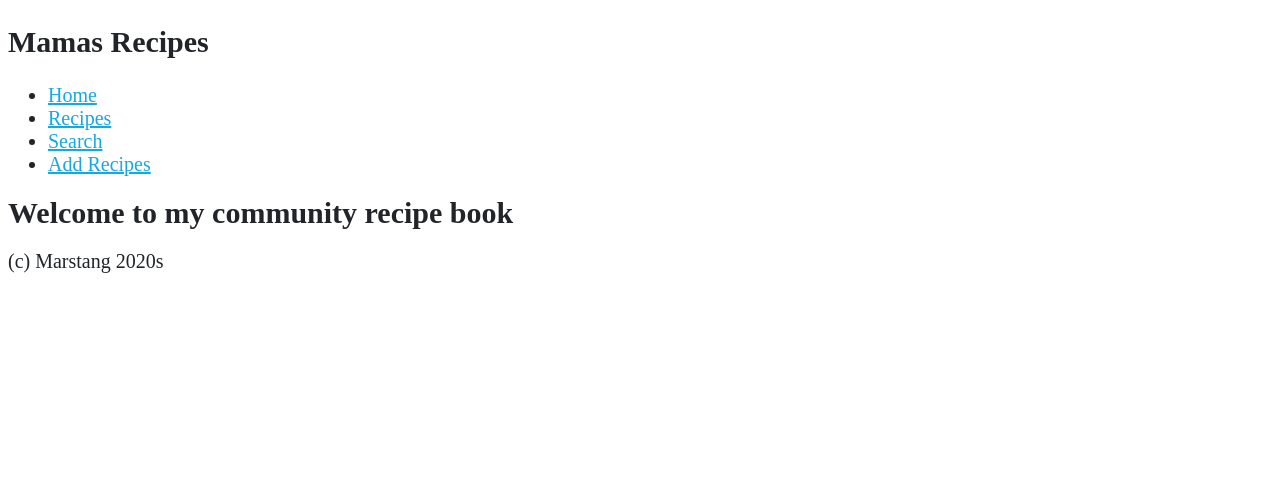
Repository: marstangg/mamasrecipes
Page: templates/index.html
The author's editor kept a record of every edit. The page is drawn from the files as they stood at one moment, then again after the next edit.
The browser window is 1280 px wide. The pictures show the whole page.
The template is drawn by Flask 3. The application's start-up code is not run. The template is opened directly, without the code that normally fills it, so the values that code supplies are empty.

Above is the page before.

After the next edit:
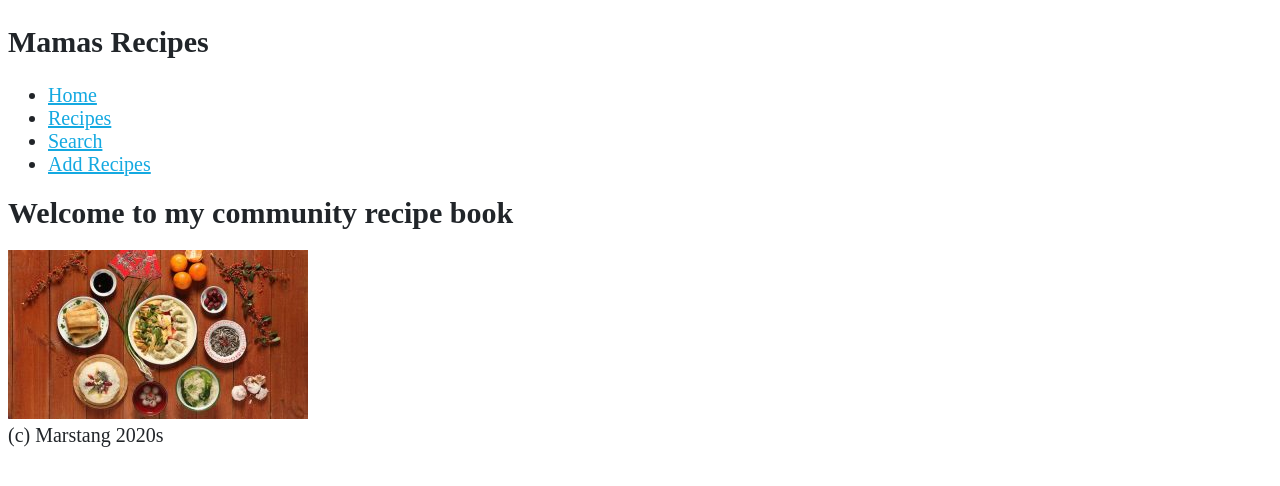
The edit:
--- a/templates/index.html
+++ b/templates/index.html
@@ -3,4 +3,6 @@
 
 <h1>Welcome to my community recipe book</h1>
 
+<img src="static/recipehome.jpg"></img>
+
 {% endblock %}
